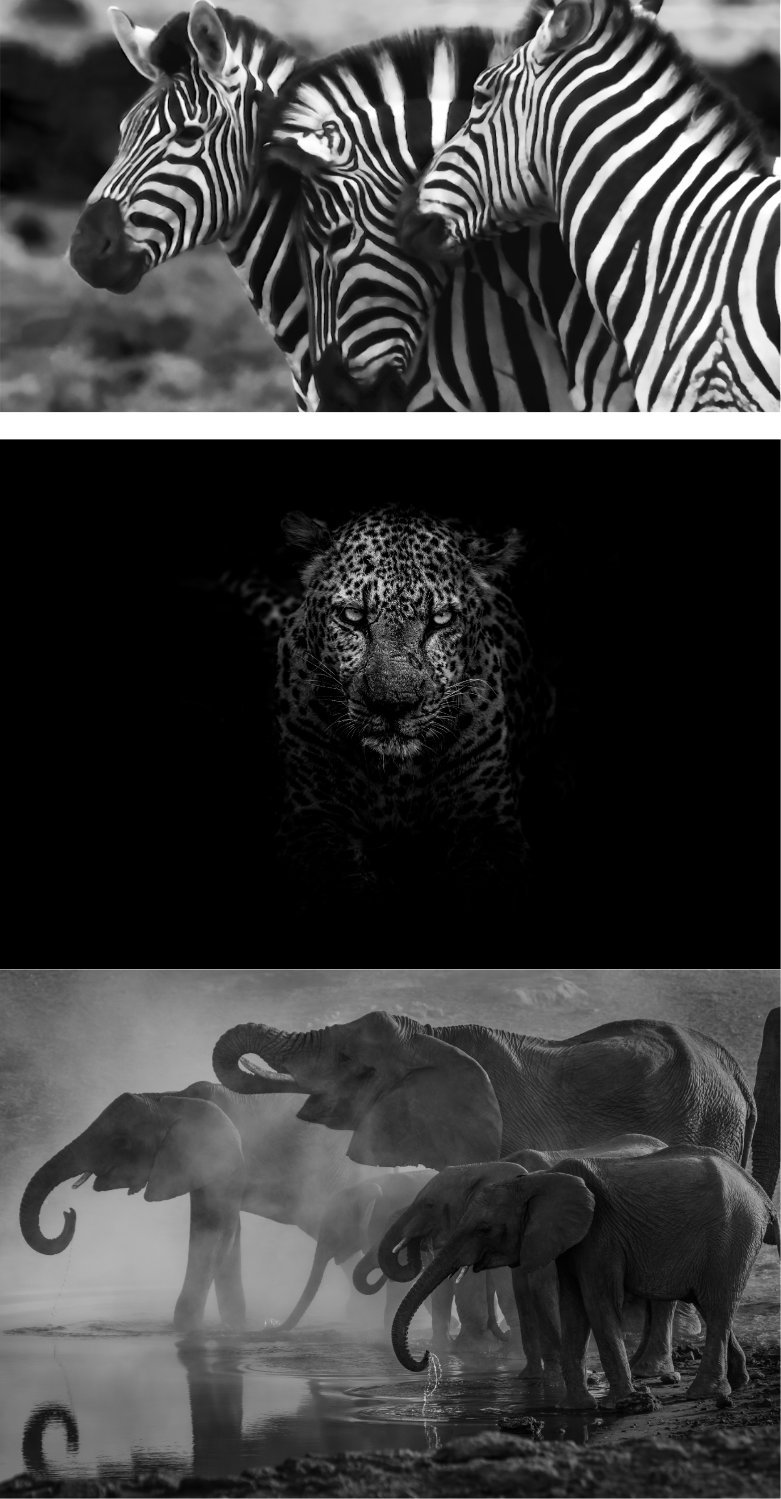
Repository: BrightonMboya/ggv-landingPage
Page: /
The author's editor kept a copy of each file at every save. The page is drawn from the files as they stood at one save, then again after the next save.
The browser window is 1280 px wide. The pictures show the whole page, at 61% of full size.
The project was rebuilt for these pictures with package versions that can differ from the ones it lists, and the page was loaded fresh each time. The framework's server and built-in components were replaced by stand-ins that run in the browser. Also part of the build but not shown: next.config.js.

Above is the page before, as saved 2022-06-13 19:36:43.

### pages/index.js
import React from "react";
import styles from "../styles/Home.module.css";
import HomePage from "./HomePage";
import AboutUs from "./AboutUs";
import Contactus from "./Contactus";

// const index = () => {
//   return (
//     <React.Fragment>
//       <div className={`${styles.global} ${styles.container}`}>
//         <section className={`${styles.section}`}>
//           <HomePage />
//         </section>
//         <section className={`${styles.section}`}>
//           <AboutUs />
//         </section>
//         <section className={`${styles.section} ${styles.three}`}>
//           <Contactus />
//         </section>
//       </div>
//     </React.Fragment>
//   );
// };

const index = () => {
  return (
    <React.Fragment>
      <div className={styles.global}>
        <div className={styles.container}>
          <section className={styles.section}>
            <HomePage />
          </section>
          <section className={styles.section}>
            <AboutUs />
          </section>
          <section className={styles.section}>
            <Contactus />
          </section>
        </div>
      </div>
    </React.Fragment>
  );
};

export default index;

### styles/Home.module.css
.global {
  margin: 0;
  padding: 0;
  box-sizing: border-box;
  font-family: sans-serif;
  /* border: 2px solid yellow; */
}
.section {
  /* height: 100vh; */
  display: flex;
  justify-content: center;
  align-items: center;
  scroll-snap-align: start;
}

.container {
  scroll-snap-type: y mandatory;
  overflow-y: scroll;
  /* height: 100vh; */
  /* border: 2px solid red; */
}

.bgWrap {
  /* position: fixed; */
  /* height: 100vh; */
  /* min-height: 80vh; */
  width: 100vw;
  overflow: hidden;
  z-index: -1;
  background-size: cover;
  -webkit-background-size: cover;
  -moz-background-size: cover;
  -moz-background-size: cover;
  background: center no-repeat;
}

.bg {
  max-width: 100%;
}

/* @media and (max-width: 480px) {
} */

### pages/HomePage.js
import React from "react";
import styles from "../styles/Home.module.css";
import Image from "next/image";

const HomePage = () => {
  return (
    <div style={{ height: "100vh", width: "100%" }}>
      <div className={`${styles.bgWrap} ${styles.bg}`}>
        <Image
          src="/home.jpg"
          layout="responsive"
          width={900}
          height={475}
          objectFit="cover"
          quality={100}
        />
      </div>
      {/* <p className="text-white text-3xl">
        Image Component
        <br />
        as a Background
      </p> */}
    </div>
  );
};

export default HomePage;

### pages/AboutUs.js
import Image from "next/image";
import styles from "../styles/Home.module.css";
// import home from "./assets/home.jpg";

const AboutUs = () => {
  return (
    <div>
      <div className={styles.bgWrap}>
        <Image
          src="/about.jpg"
          layout="responsive"
          // objectFit="cover"
          quality={100}
          width={700}
          height={475}
        />
      </div>
      {/* <p className="text-white text-3xl">
        Image Component
        <br />
        as a Background
      </p> */}
    </div>
  );
};

export default AboutUs;

### pages/Contactus.js
import React from "react";
import Image from "next/image";
import styles from "../styles/Home.module.css";

const Contactus = () => {
  return (
    <div>
      <div className={styles.bgWrap}>
        <Image
          src="/contact.jpg"
          layout="responsive"
          objectFit="cover"
          quality={100}
          width={700}
          height={475}
        />
      </div>
      {/* <p className="text-white text-3xl">
        Image Component
        <br />
        as a Background
      </p> */}
    </div>
  );
};

export default Contactus;

### tailwind.config.js
module.exports = {
  content: [
    "./pages/**/*.{js,ts,jsx,tsx}",
    "./components/**/*.{js,ts,jsx,tsx}"
  ],
  theme: {
    extend: {
      colors: {
        black: "#000107",
        slate: "#E3F1EF"
      }
    }
  },
  plugins: []
};

Loaded but not shown: pages/_app.js (common file); styles/globals.css (common file)

After the next save:
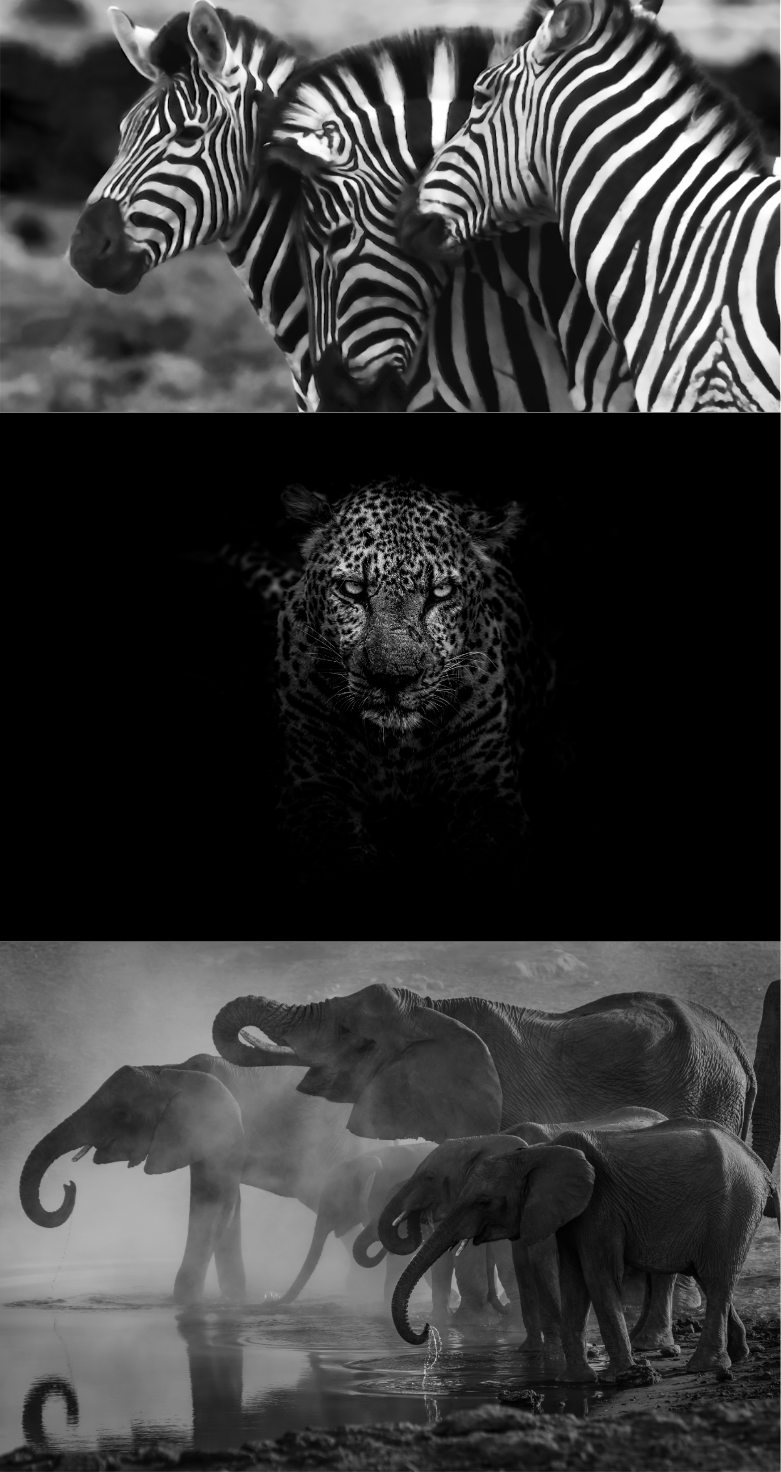
Saved 6 s later.
--- a/pages/HomePage.js
+++ b/pages/HomePage.js
@@ -4,7 +4,7 @@ import Image from "next/image";
 
 const HomePage = () => {
   return (
-    <div style={{ height: "100vh", width: "100%" }}>
+    <div>
       <div className={`${styles.bgWrap} ${styles.bg}`}>
         <Image
           src="/home.jpg"
